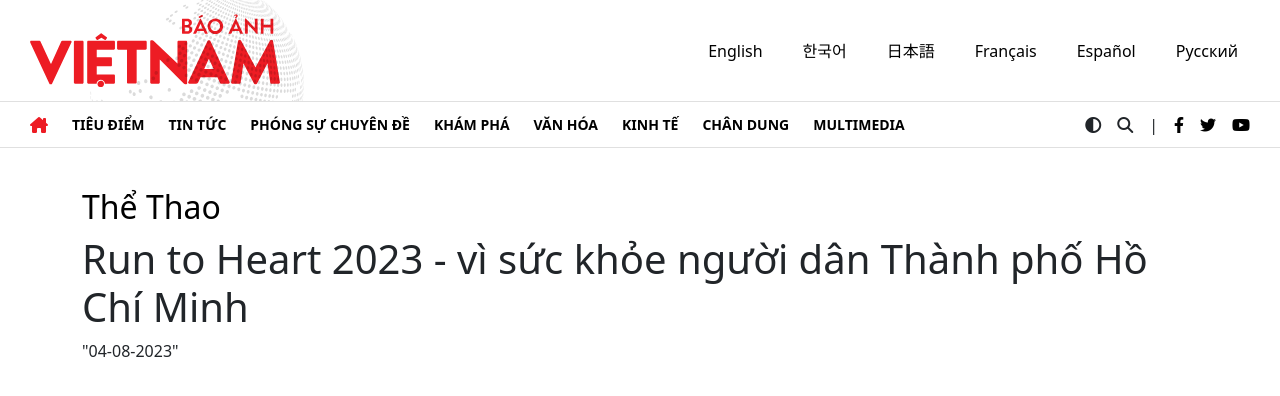
Repository: kietdotshp/webtintuc
Page: Detail.html
These files come from the project's save history. The page is drawn as it stood at one moment and after the next save; the edit follows.
The browser window is 1280 px wide. The pictures show the whole page.
Some icons come from a web library that is not loaded, so they are not drawn. Some web libraries are served in a nearby version.

Above is the page before, as saved 2023-08-10 15:53:21.

After the next save:
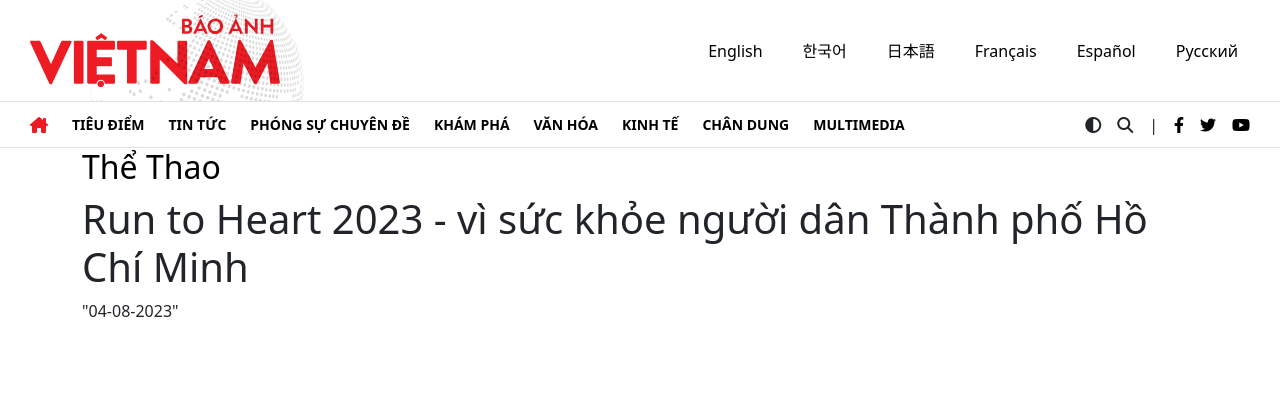
Saved 34 s later.
--- a/assets/css/detail.css
+++ b/assets/css/detail.css
@@ -228,7 +228,7 @@
   .max-w-40px {
     max-width: 40px !important;
   }
-
+`
   .detailmenu{
     margin-top: 40px;
   }

After the save that followed:
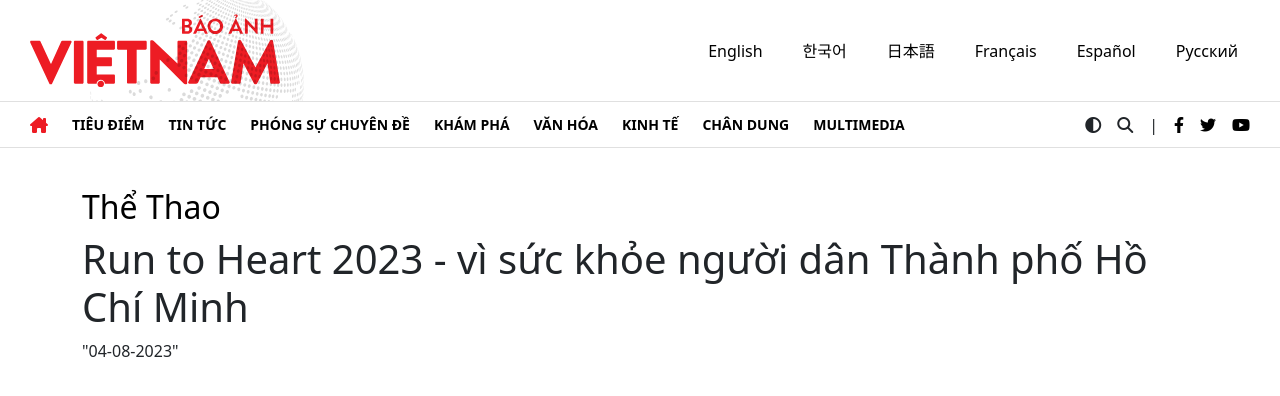
Saved 6 s later.
--- a/assets/css/detail.css
+++ b/assets/css/detail.css
@@ -228,7 +228,9 @@
   .max-w-40px {
     max-width: 40px !important;
   }
-`
+  .h2{
+
+  }
   .detailmenu{
     margin-top: 40px;
   }
